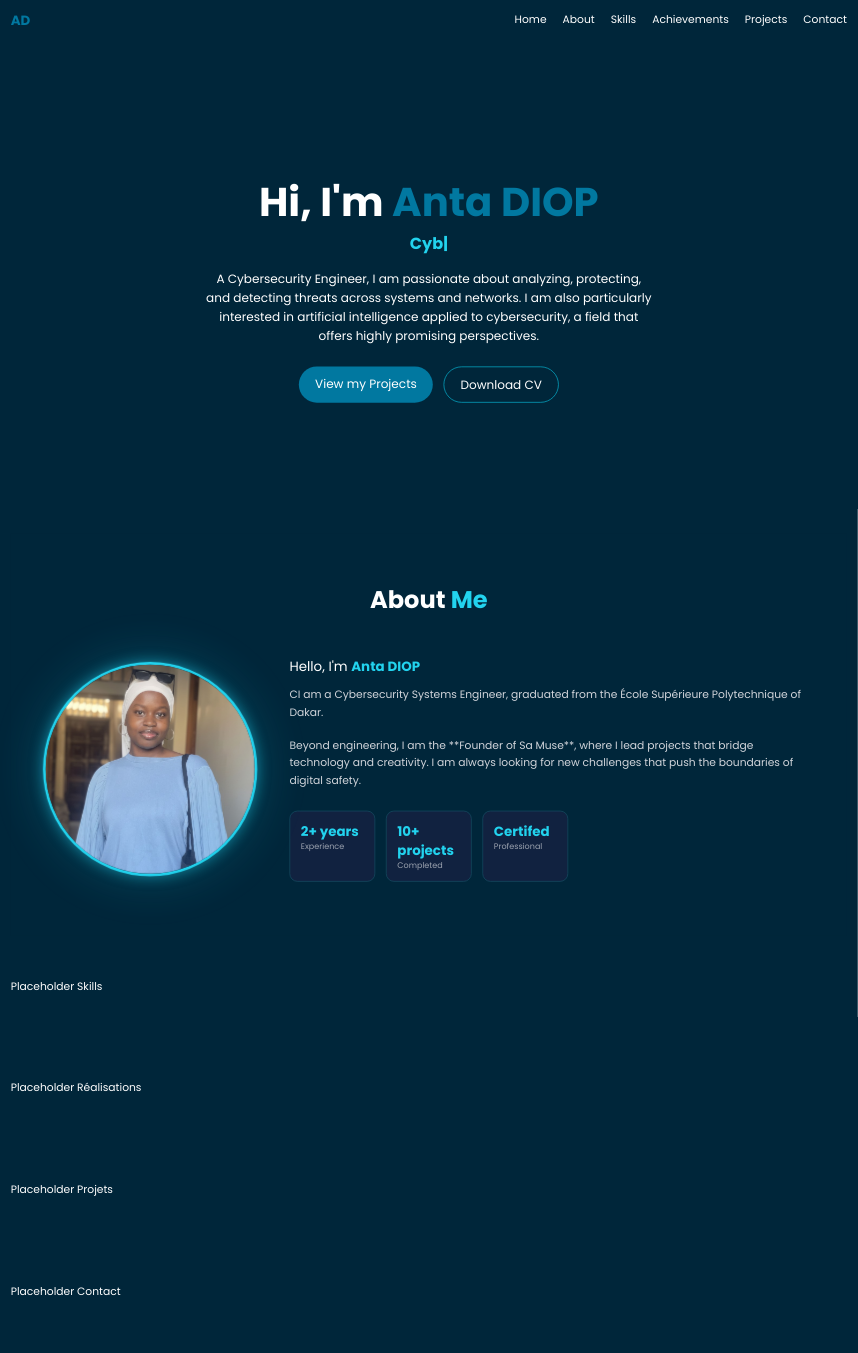
Repository: AntaaaKD/Mon-Portfolio
Page: /
An editor plug-in stored every save of this project. The page is shown before and after a run of saves, followed by the edit.
The browser window is 1280 px wide. The pictures show the whole page, at 67% of full size.
The project was rebuilt for these pictures with package versions that can differ from the ones it lists, and the page was loaded fresh each time.

Above is the page before, as saved 2026-01-14 22:52:41.

### public/index.html
<!DOCTYPE html>
<html lang="en">
  <link href="https://fonts.googleapis.com/css2?family=Poppins:wght@400;600;700&display=swap" rel="stylesheet">
  <head>
    <meta charset="utf-8" />
    <link rel="icon" href="%PUBLIC_URL%/favicon.ico" />
    <meta name="viewport" content="width=device-width, initial-scale=1" />
    <meta name="theme-color" content="#000000" />
    <meta
      name="description"
      content="Web site created using create-react-app"
    />
    <link rel="apple-touch-icon" href="%PUBLIC_URL%/logo192.png" />
    <!--
      manifest.json provides metadata used when your web app is installed on a
      user's mobile device or desktop. See https://developers.google.com/web/fundamentals/web-app-manifest/
    -->
    <link rel="manifest" href="%PUBLIC_URL%/manifest.json" />
    <!--
      Notice the use of %PUBLIC_URL% in the tags above.
      It will be replaced with the URL of the `public` folder during the build.
      Only files inside the `public` folder can be referenced from the HTML.

      Unlike "/favicon.ico" or "favicon.ico", "%PUBLIC_URL%/favicon.ico" will
      work correctly both with client-side routing and a non-root public URL.
      Learn how to configure a non-root public URL by running `npm run build`.
    -->
    <title>React App</title>
  </head>
  <body>
    <noscript>You need to enable JavaScript to run this app.</noscript>
    <div id="root"></div>
    <!--
      This HTML file is a template.
      If you open it directly in the browser, you will see an empty page.

      You can add webfonts, meta tags, or analytics to this file.
      The build step will place the bundled scripts into the <body> tag.

      To begin the development, run `npm start` or `yarn start`.
      To create a production bundle, use `npm run build` or `yarn build`.
    -->
  </body>
</html>

### src/index.css
@tailwind base;
@tailwind components;
@tailwind utilities;

body {
  margin: 0;
  font-family: 'Poppins', sans-serif;
  -webkit-font-smoothing: antialiased;
  -moz-osx-font-smoothing: grayscale;
}

code {
  font-family: source-code-pro, Menlo, Monaco, Consolas, 'Courier New',
    monospace;
}

### src/App.js
import React from 'react';
import Navbar from './components/Navbar';
import Home from './components/Home';  // Ajoute cet import
import About from './components/About';

function App() {
  return (
    <div className="min-h-screen bg-custom-blue text-white">
      <Navbar />
      <main className="container mx-auto p-4">
        <Home />  {/* Remplace le placeholder */}
        <About />
        <section id="skills" className="py-16">Placeholder Skills</section>
        <section id="achievements" className="py-16">Placeholder Réalisations</section>
        <section id="projects" className="py-16">Placeholder Projets</section>
        <section id="contact" className="py-16">Placeholder Contact</section>
      </main>
    </div>
  );
}

export default App;

### src/components/Navbar.jsx
import React, { useState, useEffect } from 'react';

const Navbar = () => {
  const [scrolled, setScrolled] = useState(false);

  useEffect(() => {
    const handleScroll = () => {
      if (window.scrollY > 50) {
        setScrolled(true);
      } else {
        setScrolled(false);
      }
    };

    window.addEventListener('scroll', handleScroll);
    return () => window.removeEventListener('scroll', handleScroll);
  }, []);

  return (
    <nav
        className={`p-4 sticky top-0 z-10 transition-all duration-300 ${
            scrolled
            ? 'bg-custom-blue bg-opacity-0 backdrop-blur-md'  // Semi-transparent (30%) + blur fort
            : 'bg-custom-blue'  // Bleu solide au top
        }`}
    >
        <div className="container mx-auto flex justify-between items-center">
            <h1 className="text-xl font-bold text-blue-text">AD</h1>
            <ul className="flex space-x-6 text-white">
            <li><a href="#home" className="hover:text-cyan-300">Home</a></li>
            <li><a href="#about" className="hover:text-cyan-300">About</a></li>
            <li><a href="#skills" className="hover:text-cyan-300">Skills</a></li>
            <li><a href="#achievements" className="hover:text-cyan-300">Achievements</a></li>
            <li><a href="#projects" className="hover:text-cyan-300">Projects</a></li>
            <li><a href="#contact" className="hover:text-cyan-300">Contact</a></li>
            </ul>
        </div>
    </nav>
  );
};

export default Navbar;

### src/components/Home.jsx
import React, { useEffect, useRef } from 'react';
import Typed from 'typed.js';

const Home = () => {
  // Création d'une référence pour l'élément qui accueillera l'animation
  const el = useRef(null);

  useEffect(() => {
    const typed = new Typed(el.current, {
      strings: [
        "Cybersecurity Engineer",
        "Founder of Sa Muse",
      ],
      typeSpeed: 100,
      backSpeed: 90,
      loop: true,
    });

    // Nettoyage de l'animation pour éviter les bugs de mémoire
    return () => {
      typed.destroy();
    };
  }, []);

  return (
    <section id="home" className="flex flex-col items-center justify-center h-screen text-center px-4">
      <h1 className="text-6xl font-bold mb-4">
        Hi, I'm <span className="text-blue-text">Anta DIOP</span>
      </h1>

      {/* On applique la ref ici pour l'animation */}
      <h2 className="text-2xl font-bold text-cyan-400 mb-6 h-8">
        <span ref={el}></span>
      </h2>

      <p className="text-lg mb-8 max-w-2xl">
        A Cybersecurity Engineer, I am passionate about analyzing, protecting, and detecting threats across systems and networks.
        I am also particularly interested in artificial intelligence applied to cybersecurity, a field that offers highly promising perspectives.
      </p>

      <div className="flex space-x-4">
        <a href="#projects" className="bg-blue-text text-lg px-6 py-3 rounded-full hover:bg-cyan-400 transition">
            View my Projects
        </a>
        <a href="/cv.pdf" download className="px-6 py-3 rounded-full border border-cyan-500 text-lg hover:bg-cyan-500 hover:text-custom-blue transition">
            Download CV
        </a>
      </div>
    </section>
  );
};

export default Home;

### src/components/About.jsx
import React from 'react';

const About = () => {
  return (
    <section id="about" className="py-20 px-4 bg-custom-blue text-white">
      <div className="max-w-6xl mx-auto">
        {/* Titre de la section */}
        <h2 className="text-4xl font-bold text-center mb-16">
          About <span className="text-cyan-400">Me</span>
        </h2>

        <div className="flex flex-col md:flex-row items-center justify-between gap-12">

          {/* Colonne Image avec l'effet de halo bleu */}
          <div className="relative w-64 h-64 md:w-80 md:h-80">
            <div className="absolute inset-0 rounded-full bg-cyan-400 opacity-20 blur-2xl animate-pulse"></div>
            <div className="relative w-full h-full rounded-full border-4 border-cyan-400 overflow-hidden shadow-[0_0_20px_rgba(34,211,238,0.5)]">
              <img
                src="/image1.png"
                alt="Anta DIOP"
                className="w-full h-full object-cover"
              />
            </div>
          </div>

          {/* Colonne Texte */}
          <div className="flex-1 text-center md:text-left">
            <h3 className="text-xl mb-4">
              Hello, I'm <span className="text-cyan-400 font-bold">Anta DIOP</span>
            </h3>
            <p className="text-gray-300 mb-6 leading-relaxed">
              CI am a Cybersecurity Systems Engineer, graduated from the École Supérieure Polytechnique of Dakar.
            </p>
            <p className="text-gray-300 mb-8 leading-relaxed">
              Beyond engineering, I am the **Founder of Sa Muse**, where I lead projects that
              bridge technology and creativity. I am always looking for new challenges that
              push the boundaries of digital safety.
            </p>

            {/* Cartes de statistiques (comme sur le modèle) */}
            <div className="flex flex-wrap justify-center md:justify-start gap-4">
              <div className="bg-[#112240] p-4 rounded-xl border border-cyan-900 w-32">
                <p className="text-cyan-400 font-bold text-xl">2+ years</p>
                <p className="text-xs text-gray-400">Experience</p>
              </div>
              <div className="bg-[#112240] p-4 rounded-xl border border-cyan-900 w-32">
                <p className="text-cyan-400 font-bold text-xl">10+ projects</p>
                <p className="text-xs text-gray-400">Completed</p>
              </div>
              <div className="bg-[#112240] p-4 rounded-xl border border-cyan-900 w-32">
                <p className="text-cyan-400 font-bold text-xl">Certifed</p>
                <p className="text-xs text-gray-400">Professional</p>
              </div>
            </div>
          </div>

        </div>
      </div>
    </section>
  );
};

export default About;

### tailwind.config.js
/** @type {import('tailwindcss').Config} */
module.exports = {
  content: [
    "./src/**/*.{js,jsx,ts,tsx}",
  ],
  theme: {
    extend: {
      colors: {
        'custom-blue': 'rgb(0, 38, 58)',  // Ton bleu exact ici
        'blue-text': 'rgb(1, 120, 160)',
      },
    },
  },
  plugins: [],
};

Loaded but not shown: src/index.js (common file); src/reportWebVitals.js (common file)

After the next 2 saves:
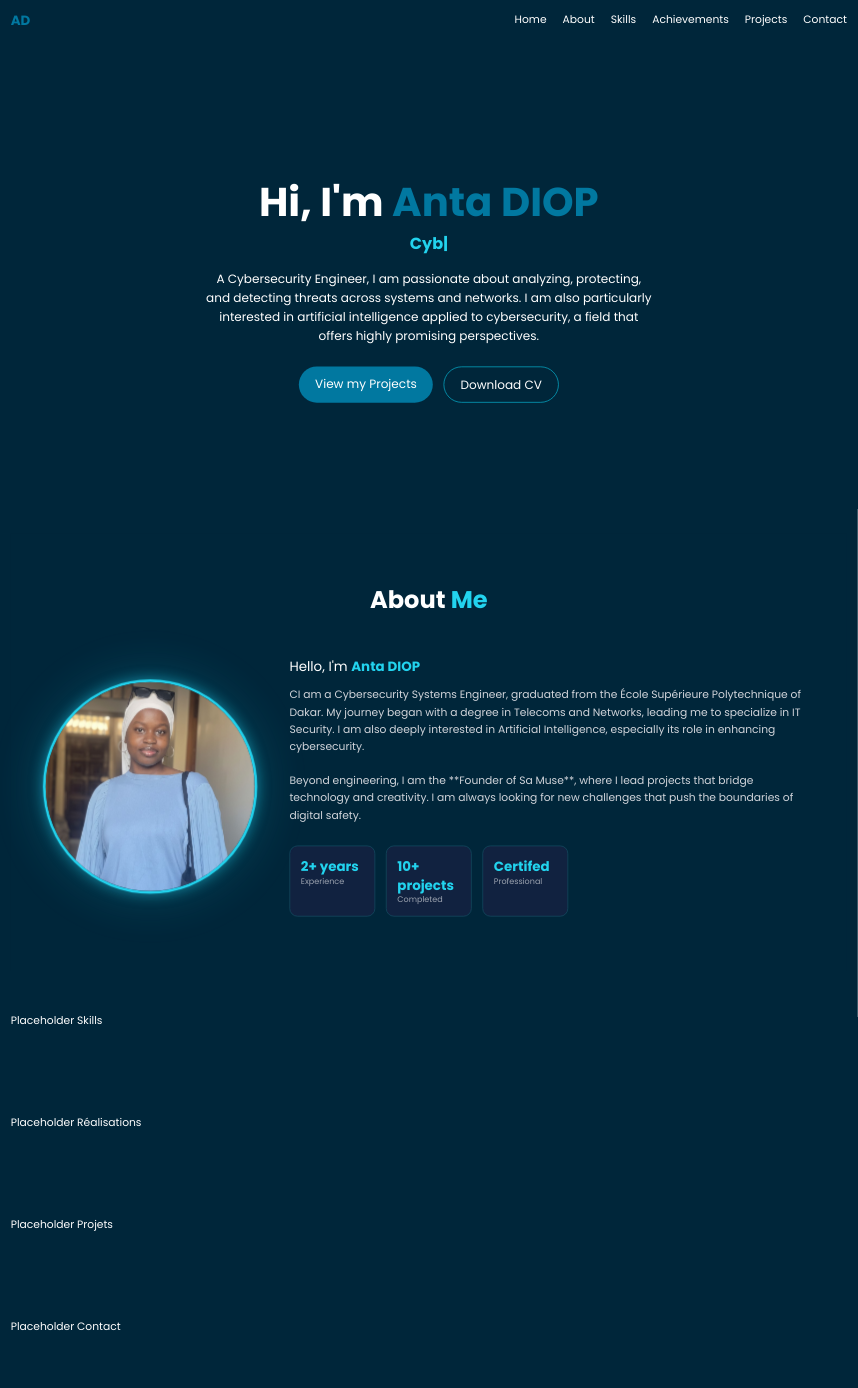
The 2 saves are shown as one change because they came seconds apart.
The last was saved 41 s later.
--- a/src/components/About.jsx
+++ b/src/components/About.jsx
@@ -30,6 +30,7 @@ const About = () => {
             </h3>
             <p className="text-gray-300 mb-6 leading-relaxed">
               CI am a Cybersecurity Systems Engineer, graduated from the École Supérieure Polytechnique of Dakar.
+              My journey began with a degree in Telecoms and Networks, leading me to specialize in IT Security. I am also deeply interested in Artificial Intelligence, especially its role in enhancing cybersecurity.
             </p>
             <p className="text-gray-300 mb-8 leading-relaxed">
               Beyond engineering, I am the **Founder of Sa Muse**, where I lead projects that
